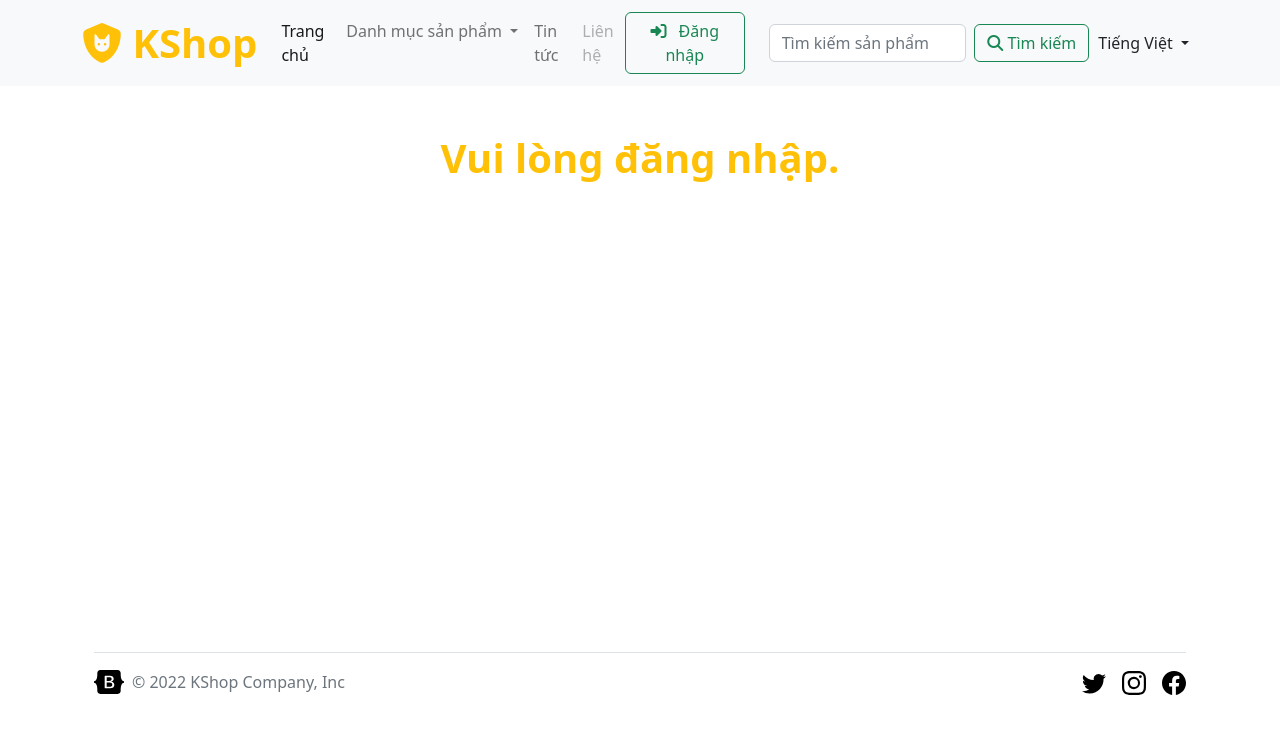
Repository: QuangBach1998/BMobileShop
Page: BshopFrontEnd/index.html
The author's editor kept a copy of each file at every save. The page is drawn from the files as they stood at one save, then again after the next save.
The browser window is 1280 px wide. The pictures show the whole page.
Some web libraries are served in a nearby version.

Above is the page before, as saved 2023-06-26 15:10:20.

After the next save:
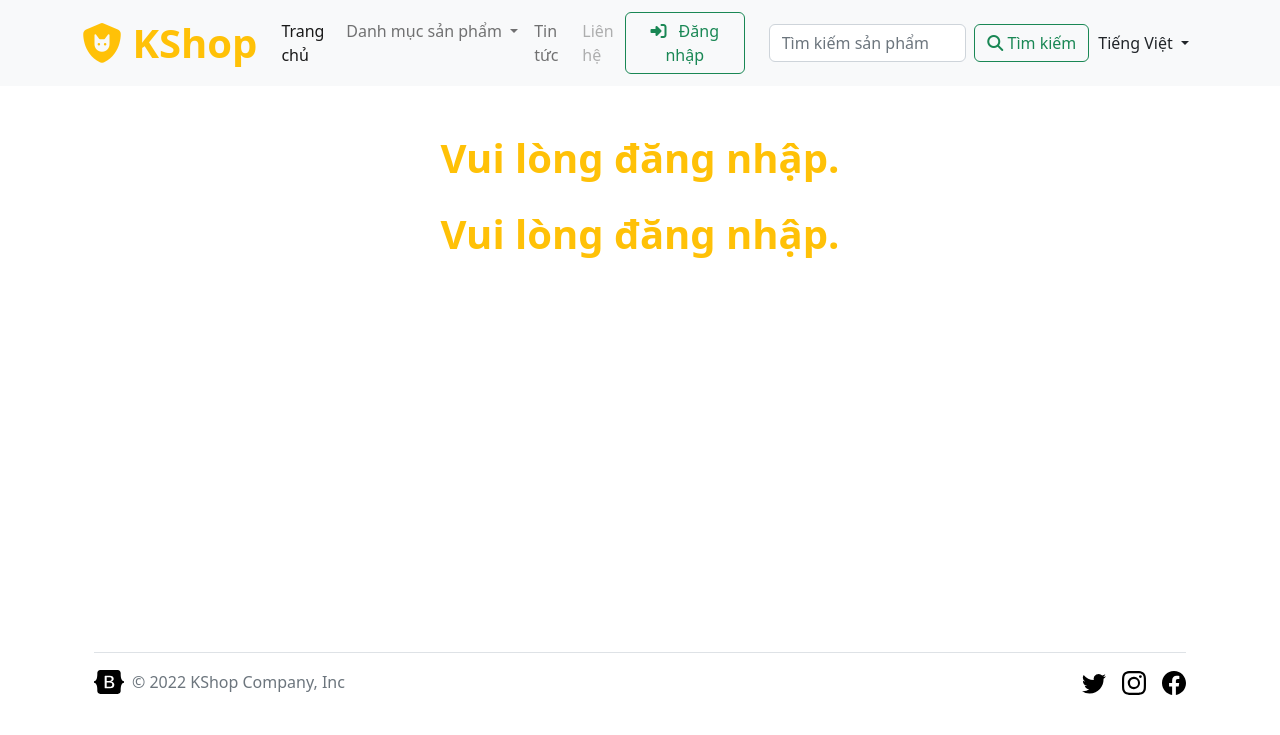
Saved 97 s later.
--- a/BshopFrontEnd/index.html
+++ b/BshopFrontEnd/index.html
@@ -56,6 +56,7 @@
           $("#main").load("/page/main/main.html");
         } else {
           $("#main").append(
+            '<p class="text-warning text-center"><b class="fs-1">Vui lòng đăng nhập.</b></p>',
             '<p class="text-warning text-center"><b class="fs-1">Vui lòng đăng nhập.</b></p>'
           );
         }
